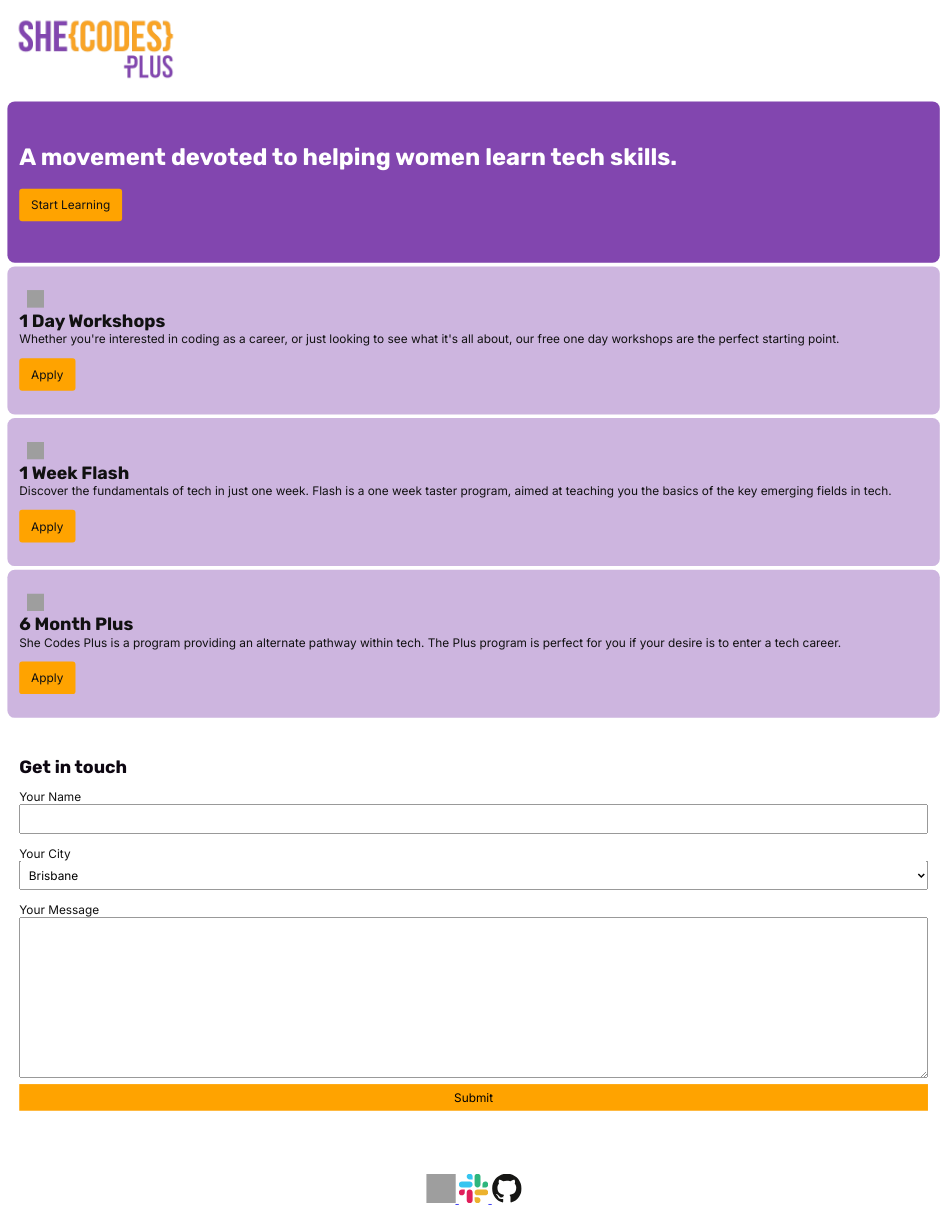
Repository: devashrisamani/website_shecodes_week1
Page: index.html
These files come from the project's save history. The page is drawn as it stood at one moment and after the next save; the edit follows.
The browser window is 1280 px wide. The pictures show the whole page, at 74% of full size.
Pictures or frames that could not be fetched are drawn as grey boxes.

Above is the page before, as saved 2025-09-20 11:03:12.

### index.html
<!DOCTYPE html>
<html lang="en">
  <head>
    <meta charset="UTF-8" />
    <meta name="viewport" content="width=device-width, initial-scale=1.0" />
    <title>Document</title>
    <link rel="stylesheet" href="style.css" />
  </head>

  <body>
    <header>
      <div class="mobile-header">
        <img src="./img/logo.png" alt="The She Codes Logo" class="logo" />
        <button type="button" class="hamburger-button">
          <img
            class="hamburger-icon"
            src="./img/hamburger.svg"
            alt="Three horizontal lines, positioned one above the other."
          />
        </button>
      </div>
      <nav class="desktop-nav" aria-label="Primary">
        <ul>
          <li>
            <a href="">Coders</a>
          </li>
          <li>
            <a href="">Mentors</a>
          </li>
          <li>
            <a href="">Partners</a>
          </li>
          <li>
            <a href="">Blog</a>
          </li>
          <li>
            <a href="">Contact</a>
          </li>
        </ul>
      </nav>
      <nav class="mobile-nav display-none" aria-label="Primary">
        <ul>
          <li>
            <a href="">Coders</a>
          </li>
          <li>
            <a href="">Mentors</a>
          </li>
          <li>
            <a href="">Partners</a>
          </li>
          <li>
            <a href="">Blog</a>
          </li>
          <li>
            <a href="">Contact</a>
          </li>
        </ul>
      </nav>
    </header>
    <section class="hero">
      <h1>A movement devoted to helping women learn tech skills.</h1>
      <a href="#" class="btn-primary">Start Learning</a>
    </section>
    <section class="articles-container">
      <article>
        <img
          class="icon"
          src="./img/tools.svg"
          alt="A wrench and a screwdriver, lying crossed over one another diagonally"
        />
        <h2>1 Day Workshops</h2>
        <p>
          Whether you're interested in coding as a career, or just looking to
          see what it's all about, our free one day workshops are the perfect
          starting point.
        </p>
        <a href="#" class="btn-primary">Apply</a>
      </article>
      <article>
        <img
          class="icon"
          src="./img/lightning.svg"
          alt="A jagged lightning bolt, thick at the top and sharp at the bottom"
        />
        <h2>1 Week Flash</h2>
        <p>
          Discover the fundamentals of tech in just one week. Flash is a one
          week taster program, aimed at teaching you the basics of the key
          emerging fields in tech.
        </p>
        <a href="#" class="btn-primary">Apply</a>
      </article>
      <article>
        <img
          class="icon"
          src="./img/plus.svg"
          alt="A plus sign formed by a horizontal line intersecting a vertical line"
        />
        <h2>6 Month Plus</h2>
        <p>
          She Codes Plus is a program providing an alternate pathway within
          tech. The Plus program is perfect for you if your desire is to enter a
          tech career.
        </p>
        <a href="#" class="btn-primary">Apply</a>
      </article>
    </section>
    <section class="contact-form">
      <h2>Get in touch</h2>
      <form>
        <label for="your-name">Your Name</label>
        <input type="text" id="your-name" />
        <label for="city">Your City</label>
        <select name="city-selection" id="city">
          <option value="Brisbane">Brisbane</option>
          <option value="Perth">Perth</option>
          <option value="Moon">The Moon</option>
        </select>
        <label for="message">Your Message</label>
        <textarea name="message-text" id="message" rows="10"></textarea>
        <input type="submit" value="Submit" />
      </form>
    </section>
    <footer>
      <a
        href="https://www.instagram.com/shecodesaus/"
        title="@shecodesaus on Instagram"
      >
        <img
          class="socials-icon"
          src="./img/instagram.svg"
          alt="The Instagram logo: a rounded square camera with a purple-orange gradient filling the lines"
        />
      </a>
      <a
        href="https://join.slack.com/t/shecodesaus/shared_invite/enQtNzQ3ODk1OTQzODc3LTQ2ZWFmNzM0NjE1MjA0NTI3YjJkMWMyYWVjMDU3ZThhODJmMTk4YmRjZGMzZDRhZDBhODQwNzdlYmJhNDg1YjE"
      >
        <img
          class="socials-icon"
          src="./img/slack.svg"
          alt="The Slack logo: a colourful deconstructed hashtag"
        />
      </a>
      <a href="https://github.com/SheCodesAus/">
        <img
          class="socials-icon"
          src="./img/github.svg"
          alt="The Github logo: a black circle with the silhouette of a white cat, with one tentacle arm"
        />
      </a>
    </footer>
  </body>
</html>

### style.css
/* Base HTML Styles */
/* Always style in the increments of 4 for margin, padding and border*/
@import url("https://fonts.googleapis.com/css2?family=Inter&family=Rubik:ital,wght@0,400;0,700;1,400&display=swap");
:root {
  --brand: #8246af;
  --action: #ffa300;
  --white: #ffffff;
  --base-light: #cdb5df;
  --base-dark: #0d0711;
  --black: #111111;
}

/* CSS Reset */

html {
  box-sizing: border-box;
  font-size: 16px; /*1rem = 16px*/
  font-family: "Inter", sans-serif;
  color: var(--black);
  scroll-behavior: smooth;
}

*,
*:before,
*:after {
  box-sizing: inherit;
}

h1,
h2,
h3,
h4,
h5,
h6 {
  font-family: "Rubik", sans-serif;
}

body,
h1,
h2,
h3,
h4,
h5,
h6,
p,
ol,
ul {
  margin: 0;
  padding: 0;
}

ol,
ul {
  list-style: none;
}

/* Max-width: max width of the image is 100% in whichever container it is */
img {
  max-width: 100%;
  height: auto;
}

input,
button,
textarea,
select {
  font: inherit;
}

/* Utilities */
.display-none {
  display: none;
}

/* Components */

/* btn-primary */
.btn-primary {
  padding: 12px 16px;
  display: inline-block;
  text-decoration: none;
  color: var(--black);
  border-radius: 4px;
  background-color: var(--action);
  transition: all 0.3s ease;
}

.btn-primary:hover {
  box-shadow: 10px 5px 5px rgba(0, 0, 0, 0.2);
  transform: translateY(-4px);
}

.btn-primary:hover {
  box-shadow: 10px 5px 5px rgba(0, 0, 0, 0.2);
  transform: translateY(-4px);
}

/* header */
header .mobile-header {
  padding: 16px;
  display: flex;
  align-items: center;
  justify-content: space-between;
}

header button {
  all: unset;
}

@media (min-width: 768px) {
  header {
    display: flex;
    justify-content: space-between;
    align-items: center;
  }

  header nav ul {
    display: flex;
    gap: 24px;
    margin-right: 16px;
  }

  header .mobile-header .hamburger-icon {
    display: none;
  }
}

/* .logo */
.logo {
  height: 50px;
}

@media (min-width: 768px) {
  .logo {
    height: 100px;
  }
}

/* .mobile-nav */
.mobile-nav a {
  text-decoration: none;
  color: var(--black);
  display: block;
  padding: 4px 16px;
}

/* .desktop-nav */
.desktop-nav {
  display: none;
}

/* Desktop nav media query */
@media (min-width: 768 px) {
  .desktop-nav a {
    text-decoration: none;
    font-size: larger;
    color: var(--black);
  }

  .desktop-nav {
    display: inline-block;
  }
}

/* .hamburger-icon  */
.hamburger-icon {
  height: 50px;
}

/* .hero */
.hero {
  background-color: var(--brand);
  padding: 56px 16px;
  border-radius: 10px;
  margin: 5px 10px;
}

.hero h1 {
  font-size: 2rem;
  margin-bottom: 24px;
  color: var(--white);
}

.hero .hero-accent {
  color: var(--action);
}

article {
  padding: 32px 16px;
  background-color: var(--base-light);
  border-radius: 10px;
  margin: 5px 10px;
  transition: all 0.3s ease;
}

article:hover {
  filter: contrast(150%);
}

article .icon {
  height: 24px;
  width: 24px;
  margin-left: 10px;
  margin-right: 10px;
}

article .article-heading h2 {
  margin-bottom: 16px;
  color: var(--base-dark);
}

article p {
  margin-bottom: 16px;
}

/* Contact Form */
.contact-form {
  padding: 48px 16px;
  border-radius: 10px;
  margin: 5px 10px;
}

.contact-form input,
.contact-form select {
  display: block;
  width: 100%;
  padding: 8px;
  margin-bottom: 16px;
}

.contact-form textarea {
  display: block;
  width: 100%;
  padding: 8px;
}

.contact-form label {
  display: block;
  width: 100%;
}

.contact-form h2 {
  color: var(--base-dark);
  margin-bottom: 16px;
}

.contact-form input[type="submit"] {
  background-color: var(--action);
  border: 0;
  margin-top: 8px;
  cursor: pointer;
}

/* footer */
footer {
  padding: 16px;
  text-align: center;
}

.socials-icon {
  width: 40px;
  height: 40px;
}

After the next save:
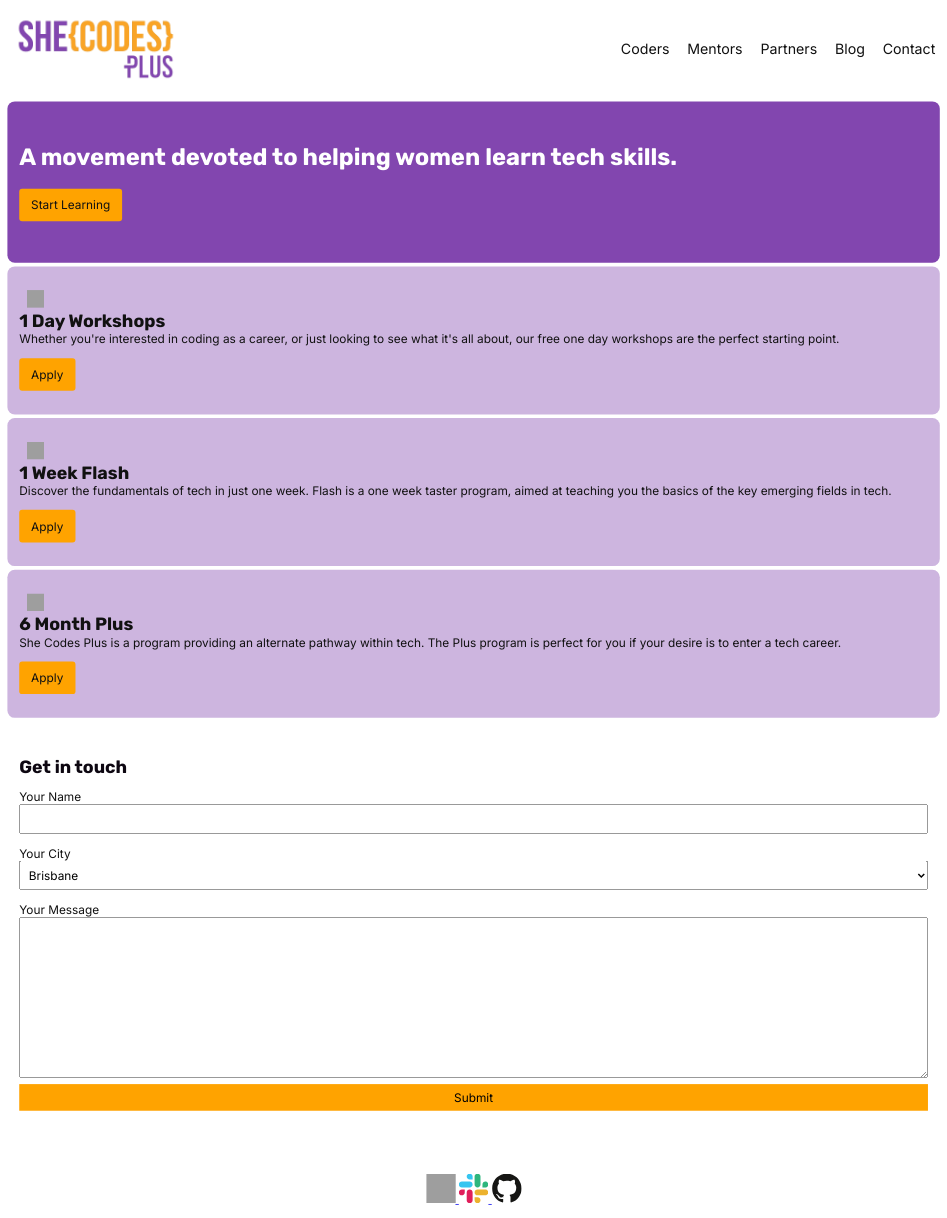
Saved 23 s later.
--- a/style.css
+++ b/style.css
@@ -150,7 +150,7 @@
 }
 
 /* Desktop nav media query */
-@media (min-width: 768 px) {
+@media (min-width: 768px) {
   .desktop-nav a {
     text-decoration: none;
     font-size: larger;
